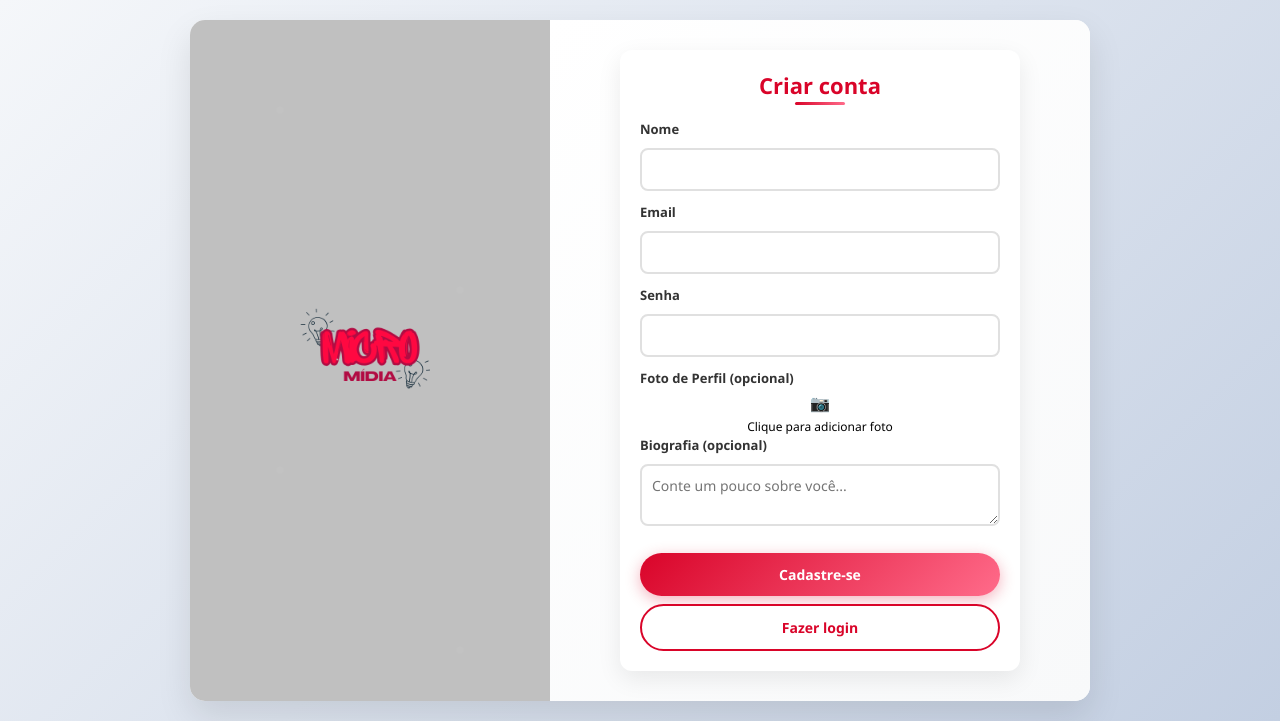
Repository: annaluizapm/MicroMidia
Page: front/HTML/cadastro.html
An editor plug-in stored every save of this project. The page is shown before and after the next save, followed by the edit.
The browser window is 1280 px wide. The pictures show the whole page.

Above is the page before, as saved 2025-09-05 19:17:23.

After the next save:
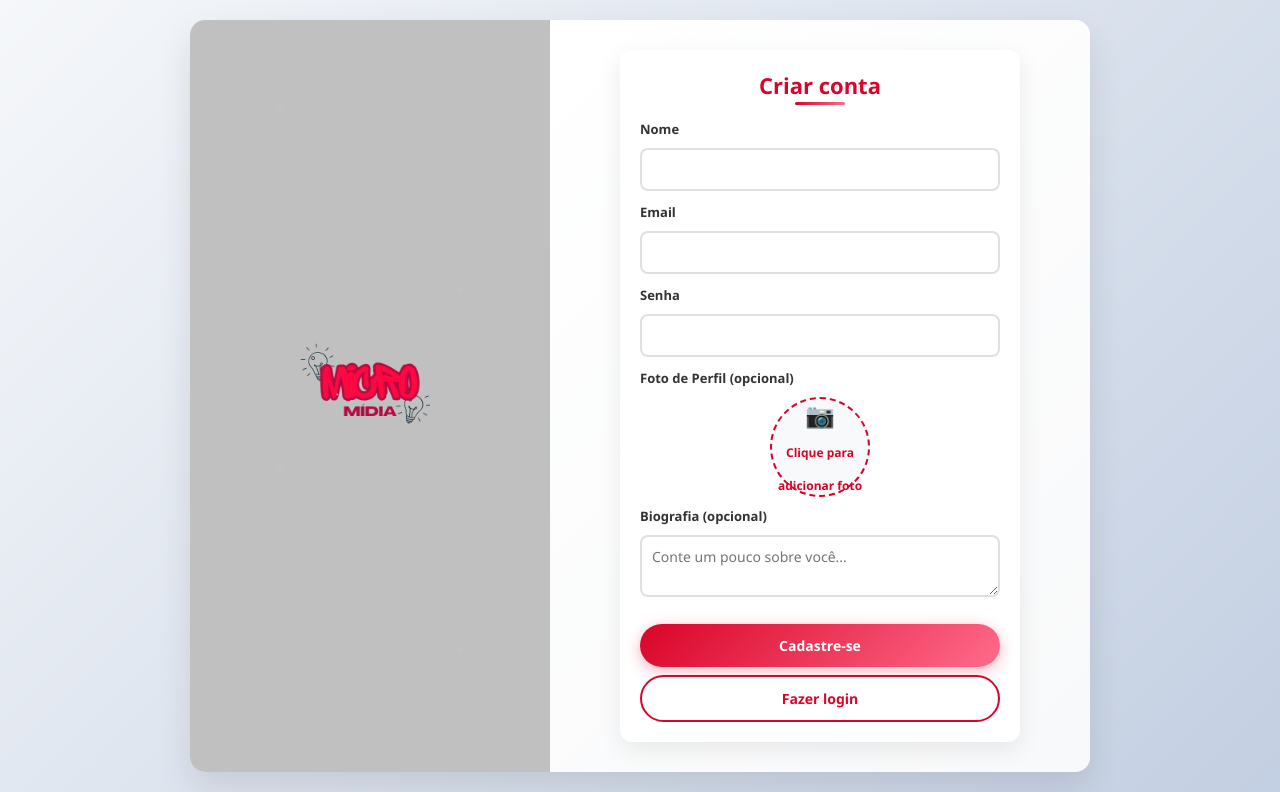
Saved 26 s later.
--- a/front/CSS/logincadastro.css
+++ b/front/CSS/logincadastro.css
@@ -180,3 +180,42 @@
     transform: translateY(-2px);
     box-shadow: 0 4px 15px rgba(217, 4, 41, 0.3);
 }
+
+/* Estilos para upload de foto */
+.foto-upload-container {
+    margin: 10px 0;
+}
+
+.foto-preview {
+    width: 100px;
+    height: 100px;
+    border: 2px dashed #D90429;
+    border-radius: 50%;
+    display: flex;
+    align-items: center;
+    justify-content: center;
+    margin: 0 auto;
+    cursor: pointer;
+    transition: all 0.3s ease;
+    background: #f8f9fa;
+}
+
+.foto-preview:hover {
+    border-color: #ff6b8a;
+    background: #fff5f5;
+    transform: scale(1.05);
+}
+
+.foto-placeholder {
+    text-align: center;
+    color: #D90429;
+    font-size: 24px;
+    font-weight: 600;
+}
+
+.foto-preview img {
+    width: 96px;
+    height: 96px;
+    border-radius: 50%;
+    object-fit: cover;
+}
